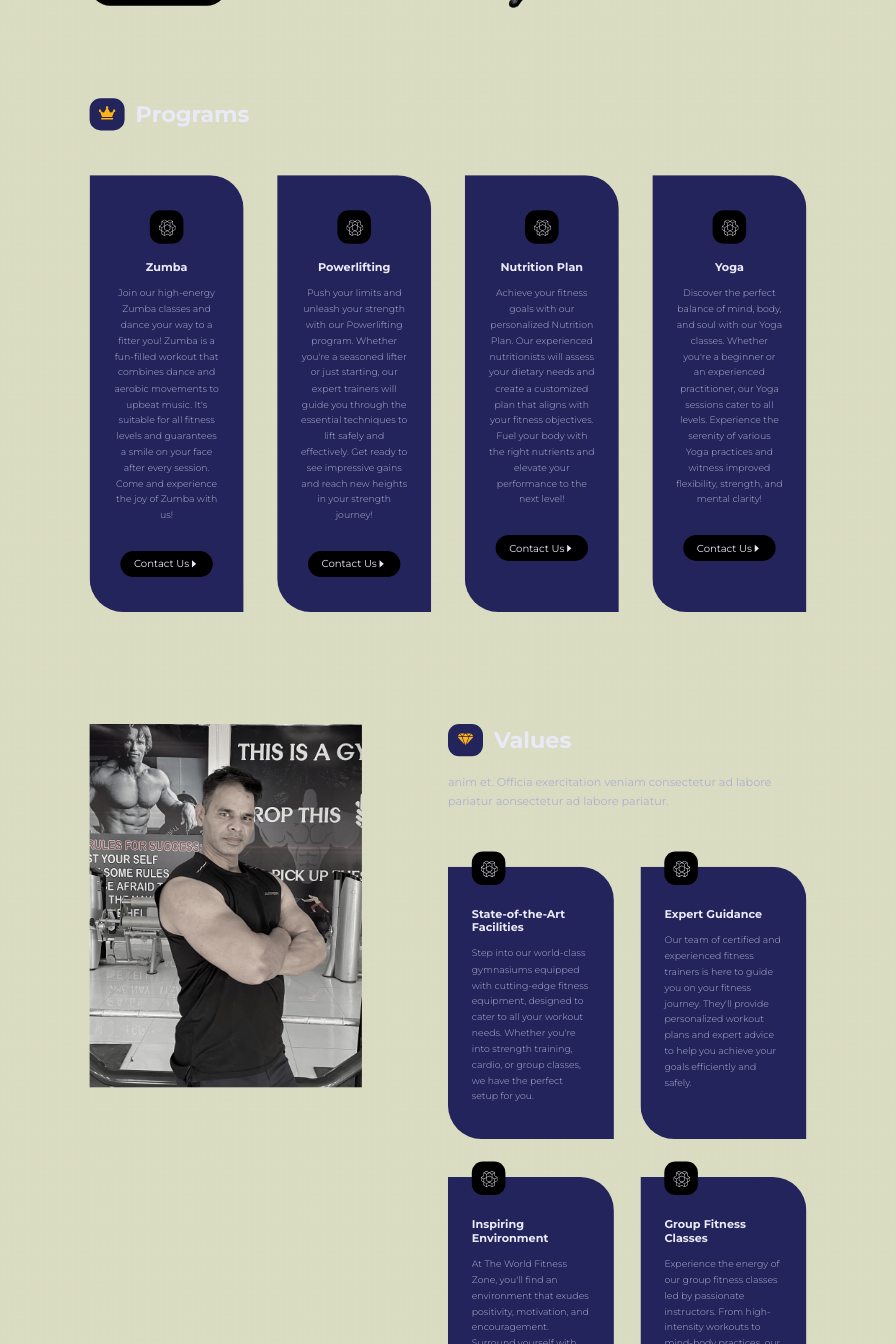
Repository: aryaMode/gym-portfolio
Page: /
An editor plug-in stored every save of this project. The page is shown before and after the next save, followed by the edit.
The browser window is 1280 px wide. The pictures show the part of the page from y = 636 to 2556 px (the page is 4873 px tall before and 5079 px after), at 70% of full size.
The project was rebuilt for these pictures with package versions that can differ from the ones it lists, and the page was loaded fresh each time. Also part of the build but not shown: src/pages/about/about.css, src/components/Header.jsx, src/pages/about/About.jsx, src/pages/contact/contact.css, src/pages/contact/Contact.jsx, src/pages/gallery/gallery.css, src/pages/gallery/Gallery.jsx, src/pages/notFound/notFound.css and 6 more.

Above is the page before, as saved 2023-07-20 17:29:02.

After the next save:
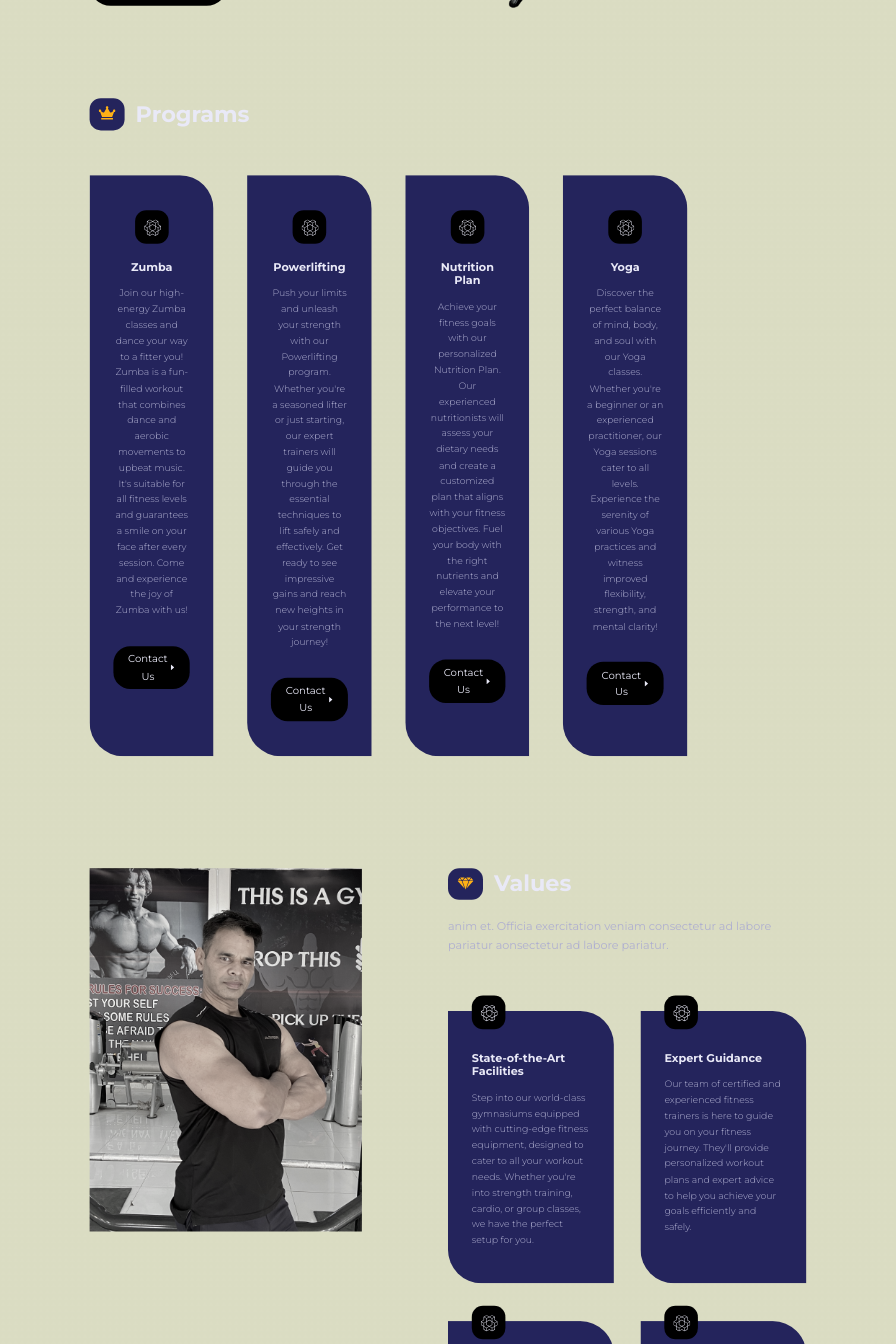
Saved 9 s later.
--- a/src/pages/home/home.css
+++ b/src/pages/home/home.css
@@ -63,7 +63,7 @@
 
 .program__wrapper {
     display: grid;
-    grid-template-columns: repeat(4, 1fr);
+    grid-template-columns: repeat(5, 1fr);
     gap: 3rem;
     margin-top: 4rem;
 }

After the save that followed:
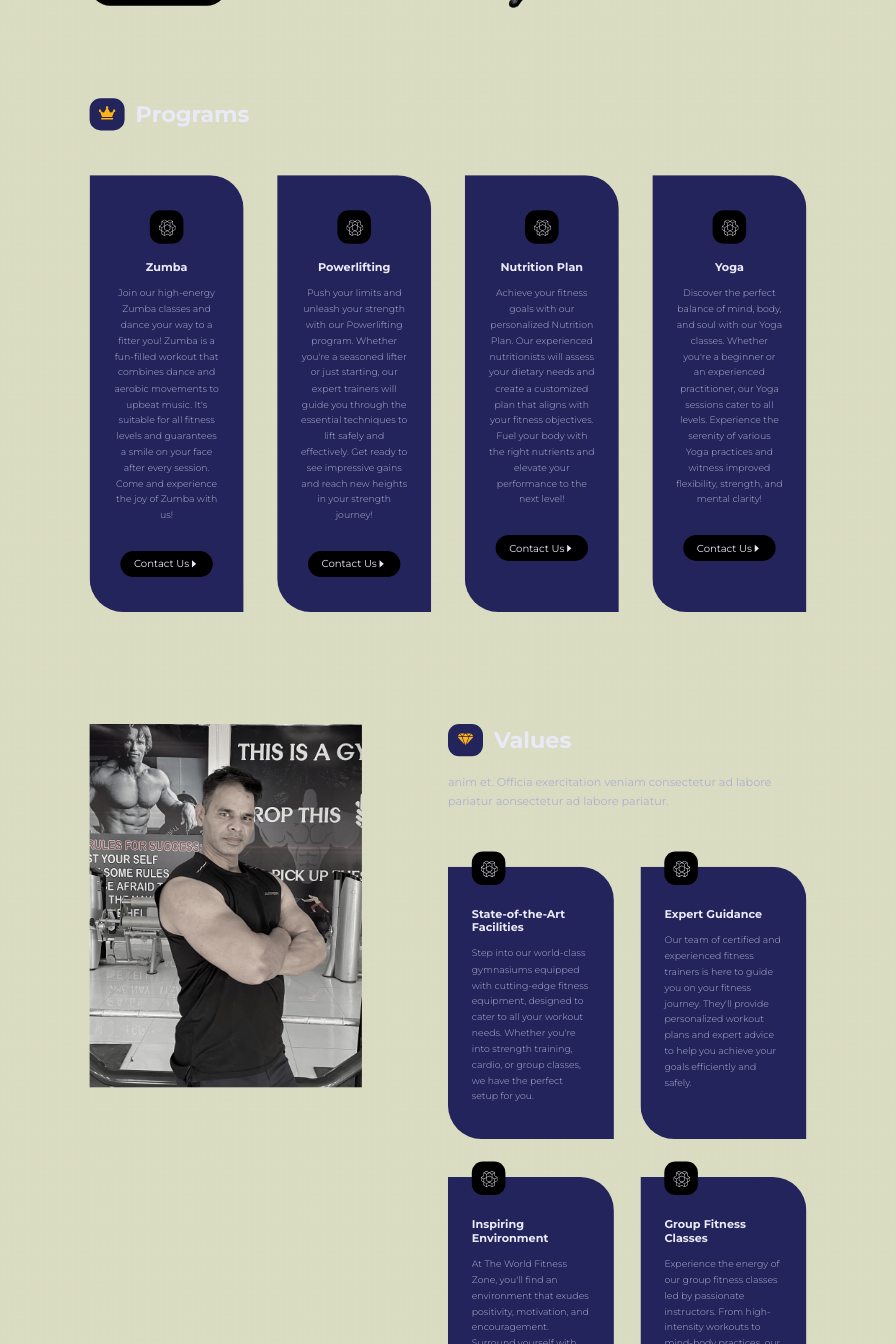
Saved 5 s later.
--- a/src/pages/home/home.css
+++ b/src/pages/home/home.css
@@ -63,7 +63,7 @@
 
 .program__wrapper {
     display: grid;
-    grid-template-columns: repeat(5, 1fr);
+    grid-template-columns: repeat(4, 1fr);
     gap: 3rem;
     margin-top: 4rem;
 }
